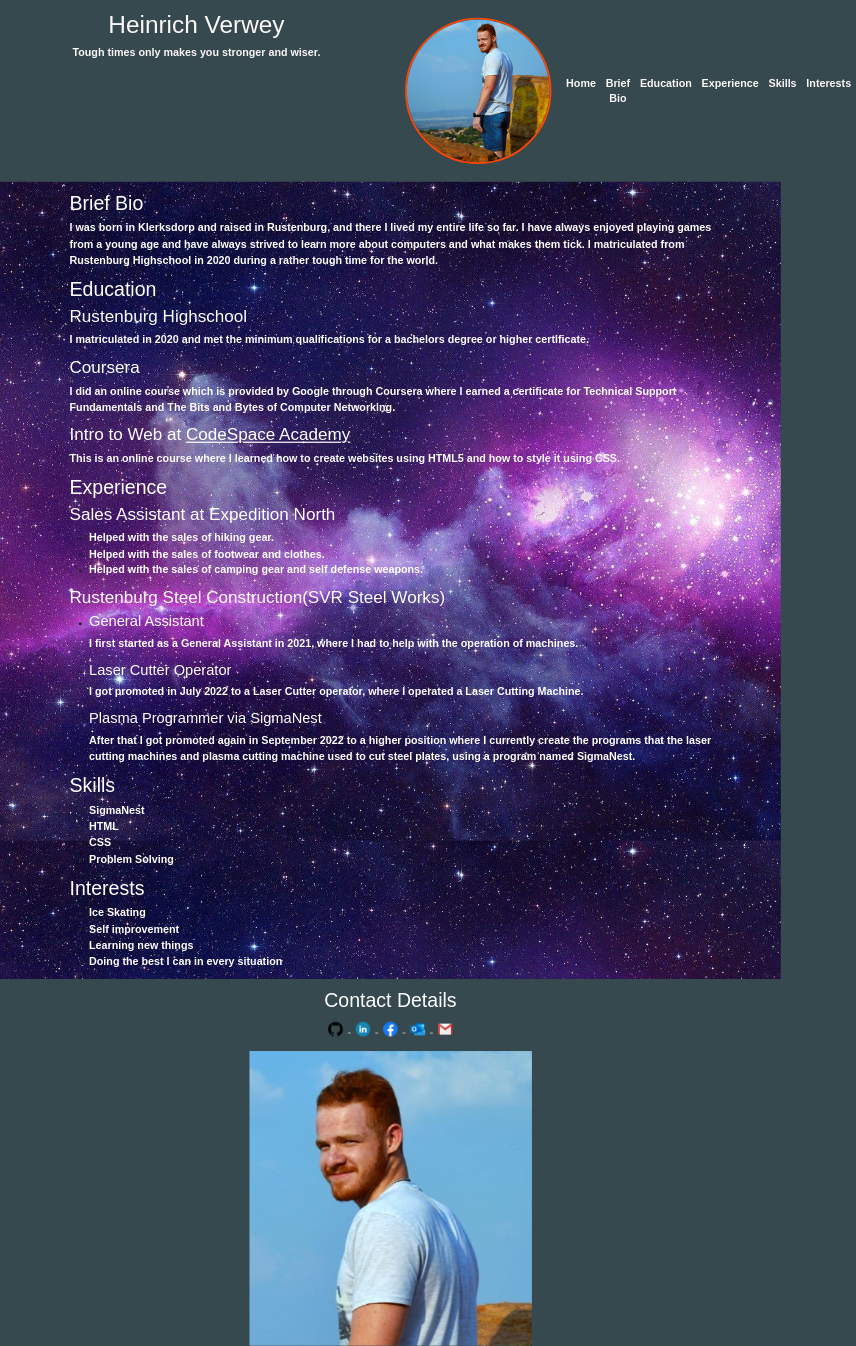
Repository: W3asl3y/IntroToWebDesign
Page: index.html
The author's editor kept a copy of each file at every save. The page is drawn from the files as they stood at one save, then again after the next save.
The browser window is 1280 px wide. The page is 1403 px wide, then 1280 px, so the pictures cover 1403 px, including what lies to the right of the window. The pictures show the whole page, at 61% of full size.

Above is the page before, as saved 2022-12-09 15:27:01.

After the next save:
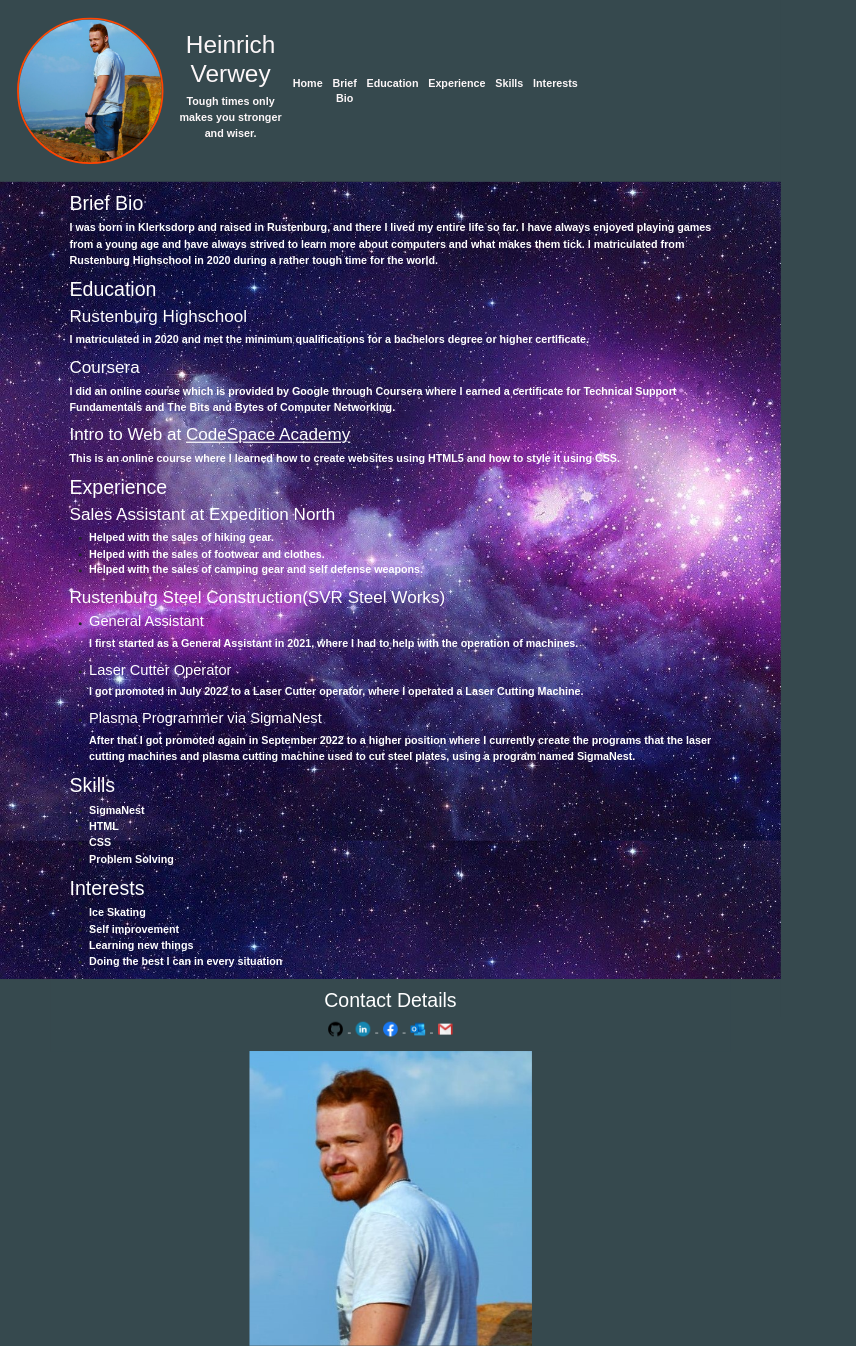
Saved 68 s later.
--- a/index.html
+++ b/index.html
@@ -20,19 +20,20 @@
         <header id="heading">
             <div class="container-fluid text-center" style="padding: 0">
                 <div class="row">
-                        <div class="col-6 text-center" >
-                            <h1>
-                                Heinrich Verwey
-                            </h1>
-
-                            <p>
-                                Tough times only makes you stronger and wiser.
-                            </p>
-                        </div>
+
                         <div class="col-4">
                             <nav class="navbar navbar-expand-lg bg-transparent">
                                 <div class="container-fluid">
                                     <a class="navbar-brand" href="#"><img id="profile_picture" src="images/Heinrich.jpg" alt="My profile picture" ></a>
+                                    <div class="col-6 text-center" >
+                                        <h1>
+                                            Heinrich Verwey
+                                        </h1>
+
+                                        <p>
+                                            Tough times only makes you stronger and wiser.
+                                        </p>
+                                    </div>
                                     <button class="navbar-toggler" type="button" data-bs-toggle="collapse" data-bs-target="#navbarSupportedContent" aria-controls="navbarSupportedContent" aria-expanded="false" aria-label="Toggle navigation">
                                         <span class="navbar-toggler-icon"></span>
                                     </button>
